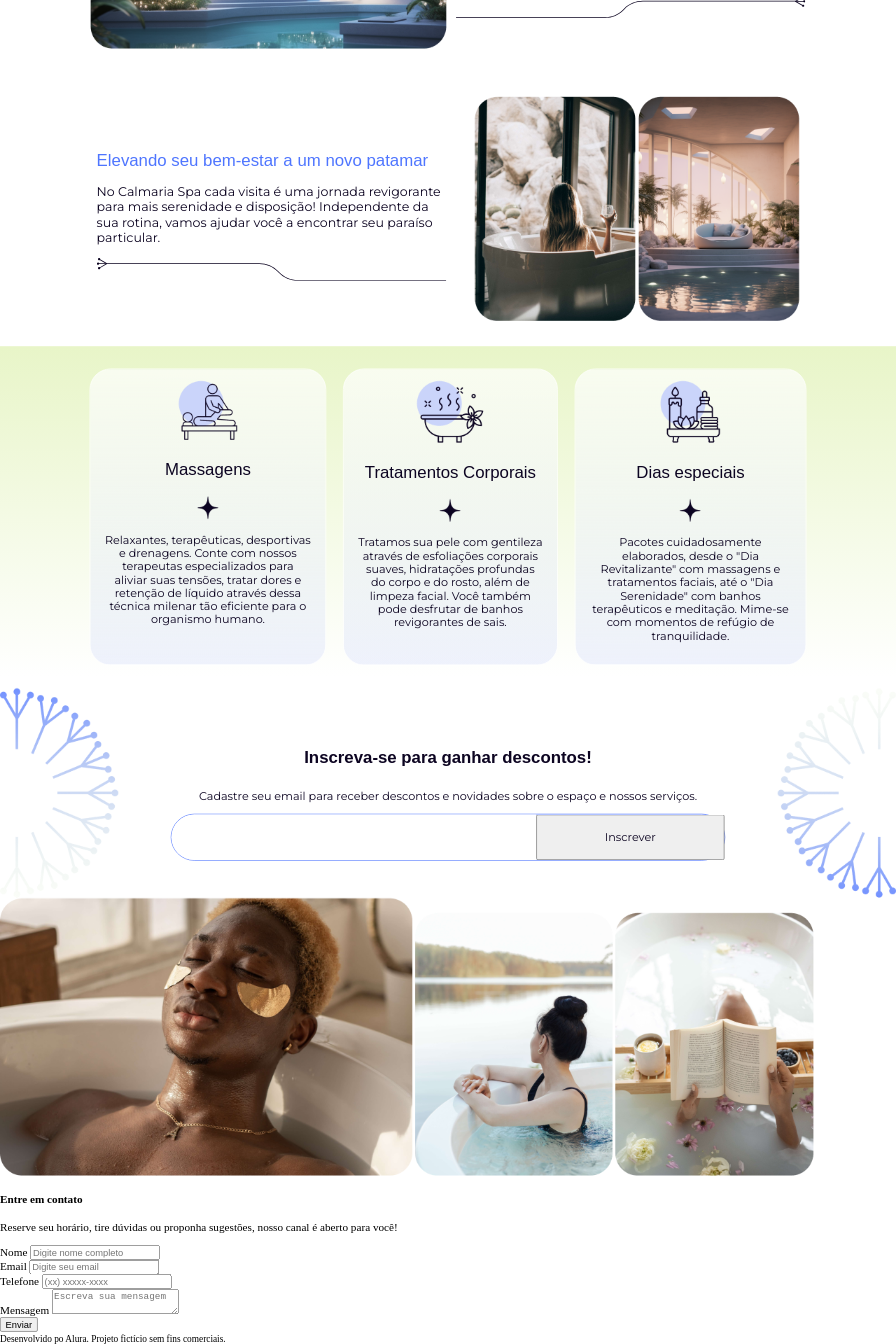
Repository: joaoPraiaJunior/curso-sass
Page: index.html
These files come from the project's save history. The page is drawn as it stood at one moment and after the next save; the edit follows.
The browser window is 1280 px wide. The pictures show the part of the page from y = 1102 to 3022 px (the page is 3022 px tall), at 70% of full size.
Some web fonts or font styles are not loaded; a fallback is used. The style sheet was rebuilt from its Sass, Less or Tailwind sources for each picture, by a compiler version that may differ from the author's.

Above is the page before, as saved 2024-07-06 18:54:41.

After the next save:
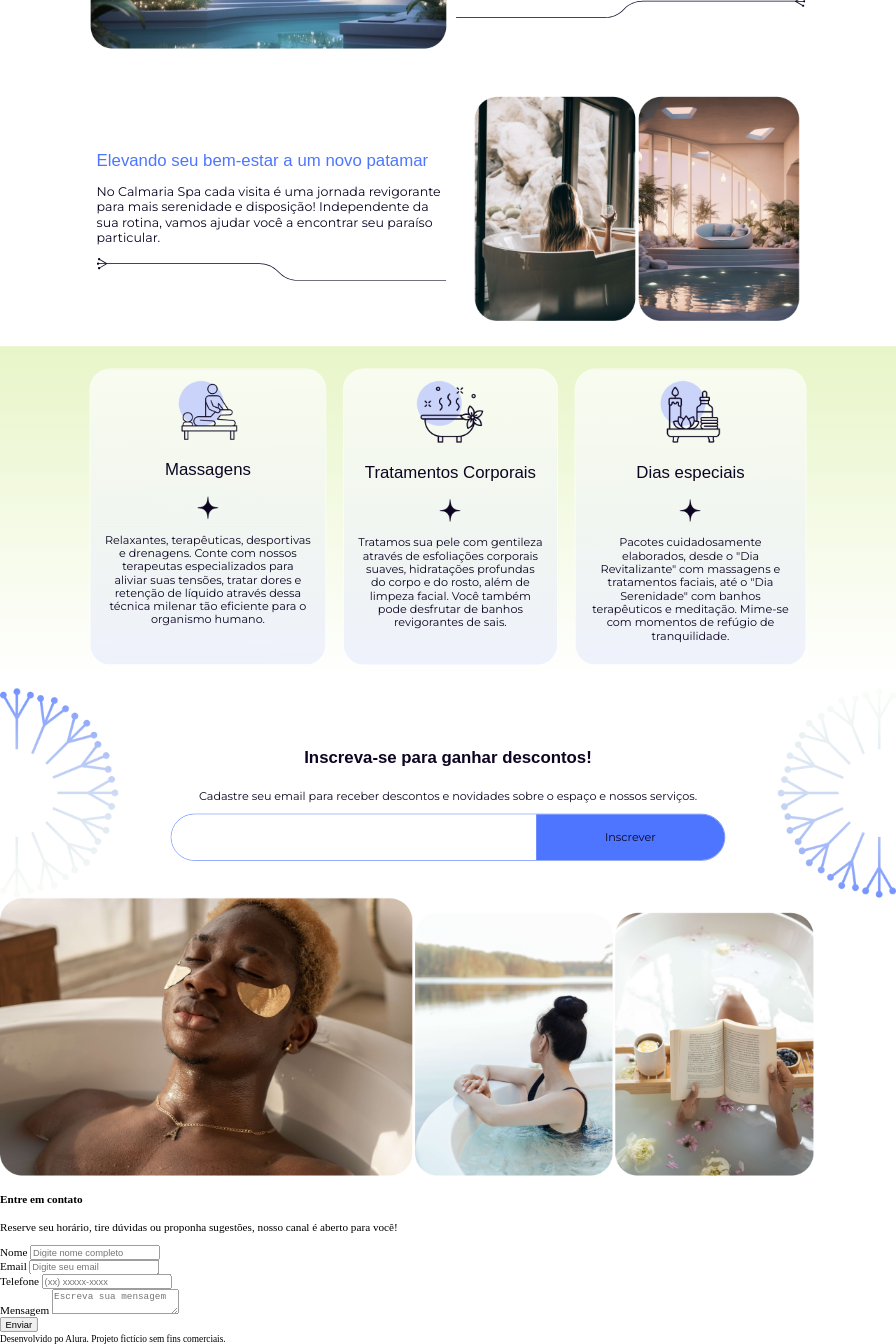
Saved 96 s later.
--- a/styles/components/_desconto.scss
+++ b/styles/components/_desconto.scss
@@ -40,8 +40,11 @@
         outline: none;
     }
     button {
+        background-color: variaveis.$cor-secundaria;
         @include mixins.estilos-fontes(variaveis.$ft-textos, 1.6rem, variaveis.$cor-primaria);
         width: calc($largura-input  * 0.35);
+        border: none;
+        border-radius: 0 65px 65px 0;
     }
   }
 }
